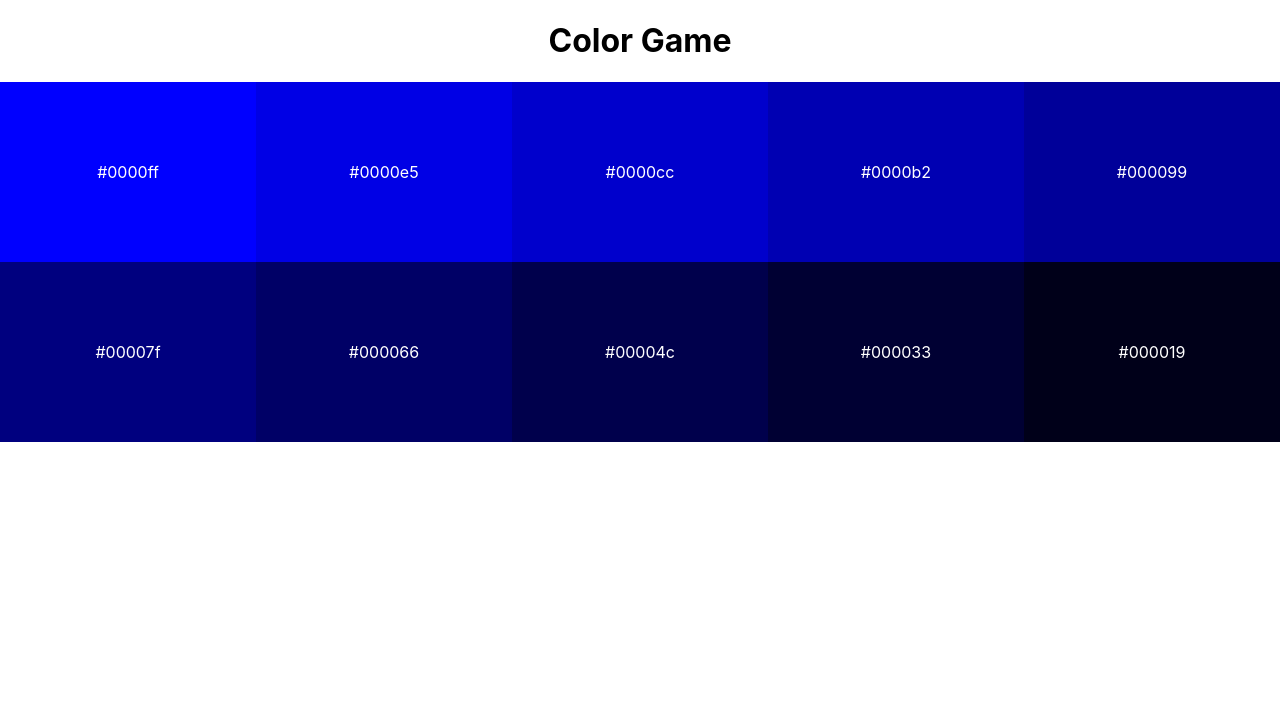
Repository: johnmutina/shades_of_blue
Page: /
These files come from the project's save history. The page is drawn as it stood at one moment and after the next save; the edit follows.
The browser window is 1280 px wide. The pictures show the whole page.
The project was rebuilt for these pictures with package versions that can differ from the ones it lists, and the page was loaded fresh each time.

Above is the page before, as saved 2019-06-22 15:06:55.

### src/App.js
import React from 'react';
import ColorBoxes from './ColorBoxes';
import './App.css';

function App() {
  return (
    <div className="App">
      <ColorBoxes />
    </div>
  );
}

export default App;

### src/ColorBoxes.js
import React, { Component } from 'react';
import ColorBox from './ColorBox';

class ColorBoxes extends Component {
    constructor(props){
        super(props);
        this.state = {

        }
        this.handleClick = this.handleClick.bind(this);
    }

    handleClick() {
        console.log("test");
    }

    render(){
        let colorArr = ["#0000ff",
        "#0000e5",
        "#0000cc",
        "#0000b2",
        "#000099",
        "#00007f",
        "#000066",
        "#00004c",
        "#000033",
        "#000019",]
        // ['#FF6633', '#FFB399', '#FF33FF', '#FFFF99', '#00B3E6', '#E6B333', '#3366E6', '#999966', '#99FF99', '#B34D4D', '#80B300', '#809900', '#E6B3B3', '#6680B3', '#66991A', '#FF99E6', '#CCFF1A', '#FF1A66', '#E6331A', '#33FFCC'];
        // let idx = Math.floor(Math.random() * colorArr.length);
        return (
            <div>
                <h1>Color Game</h1>
                {colorArr.map(el => <ColorBox color={el} allColors={colorArr}/>)}
            </div>
        )
    }
}

export default ColorBoxes;

### src/ColorBox.js
import React, { Component } from 'react';
import './ColorBox.css';

class ColorBox extends Component {
    constructor(props){
        super(props);
        this.state = {
            color: this.props.color
        }
        this.handleClick = this.handleClick.bind(this);
        this.changeColor = this.changeColor.bind(this);
    }

    changeColor() {
        let newColors = this.props.allColors.filter(val => val !== this.props.color)
        let idx = Math.floor(Math.random() * newColors.length);
        this.setState({ color: newColors[idx] });
    }

    handleClick() {
        this.changeColor();
    }

    render(){
        return (
            <div className="ColorBox" style={{backgroundColor: this.state.color}} onClick={this.handleClick}>{this.props.color}</div>
        )
    }
}

export default ColorBox;

### src/ColorBox.css
.ColorBox {
    display: inline-block;
    color: white;
    width: 20%;
    height: 100px;
    padding-top: 80px;
}

Loaded but not shown: public/index.html (common file); src/index.js (common file); src/index.css (common file); src/serviceWorker.js (common file); src/App.css (common file)

After the next save:
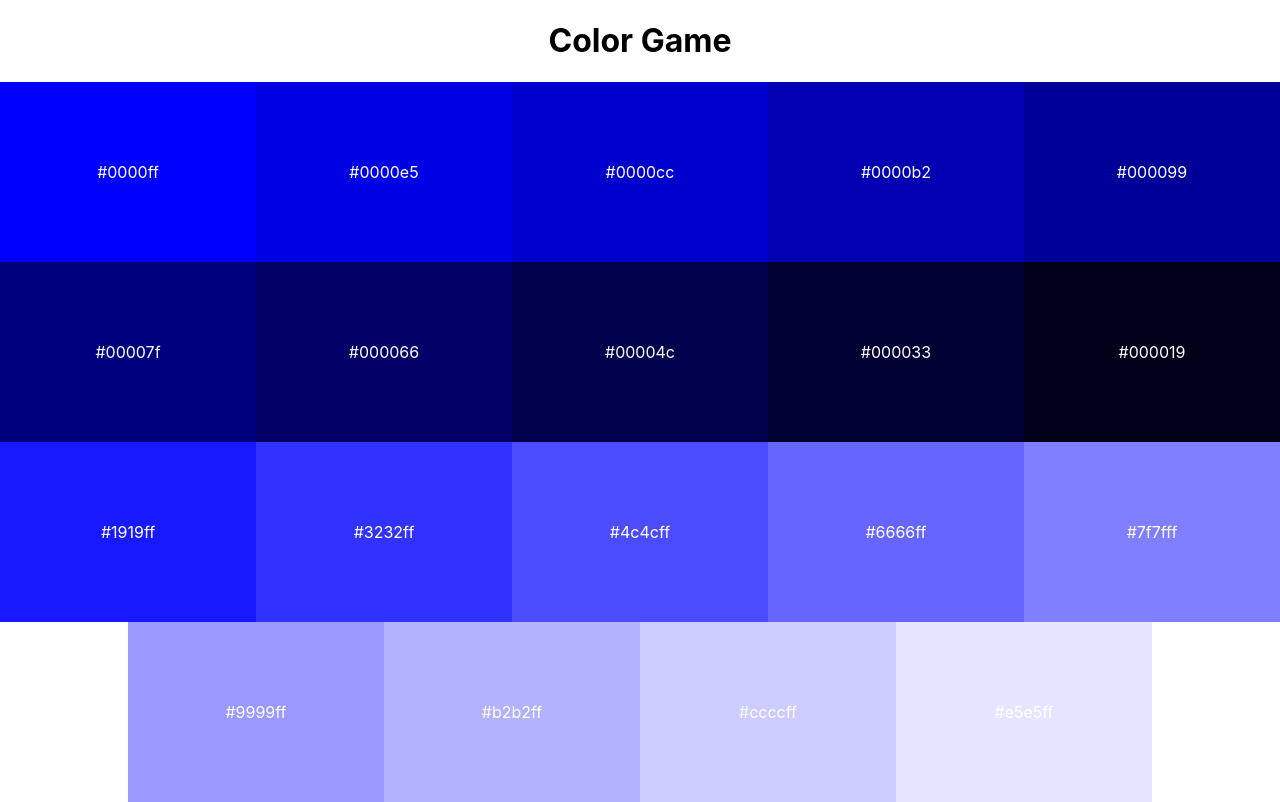
Saved 46 s later.
--- a/src/ColorBoxes.js
+++ b/src/ColorBoxes.js
@@ -24,7 +24,16 @@ class ColorBoxes extends Component {
         "#000066",
         "#00004c",
         "#000033",
-        "#000019",]
+        "#000019",
+        "#1919ff",
+        "#3232ff",
+        "#4c4cff",
+        "#6666ff",
+        "#7f7fff",
+        "#9999ff",
+        "#b2b2ff",
+        "#ccccff",
+        "#e5e5ff"]
         // ['#FF6633', '#FFB399', '#FF33FF', '#FFFF99', '#00B3E6', '#E6B333', '#3366E6', '#999966', '#99FF99', '#B34D4D', '#80B300', '#809900', '#E6B3B3', '#6680B3', '#66991A', '#FF99E6', '#CCFF1A', '#FF1A66', '#E6331A', '#33FFCC'];
         // let idx = Math.floor(Math.random() * colorArr.length);
         return (
